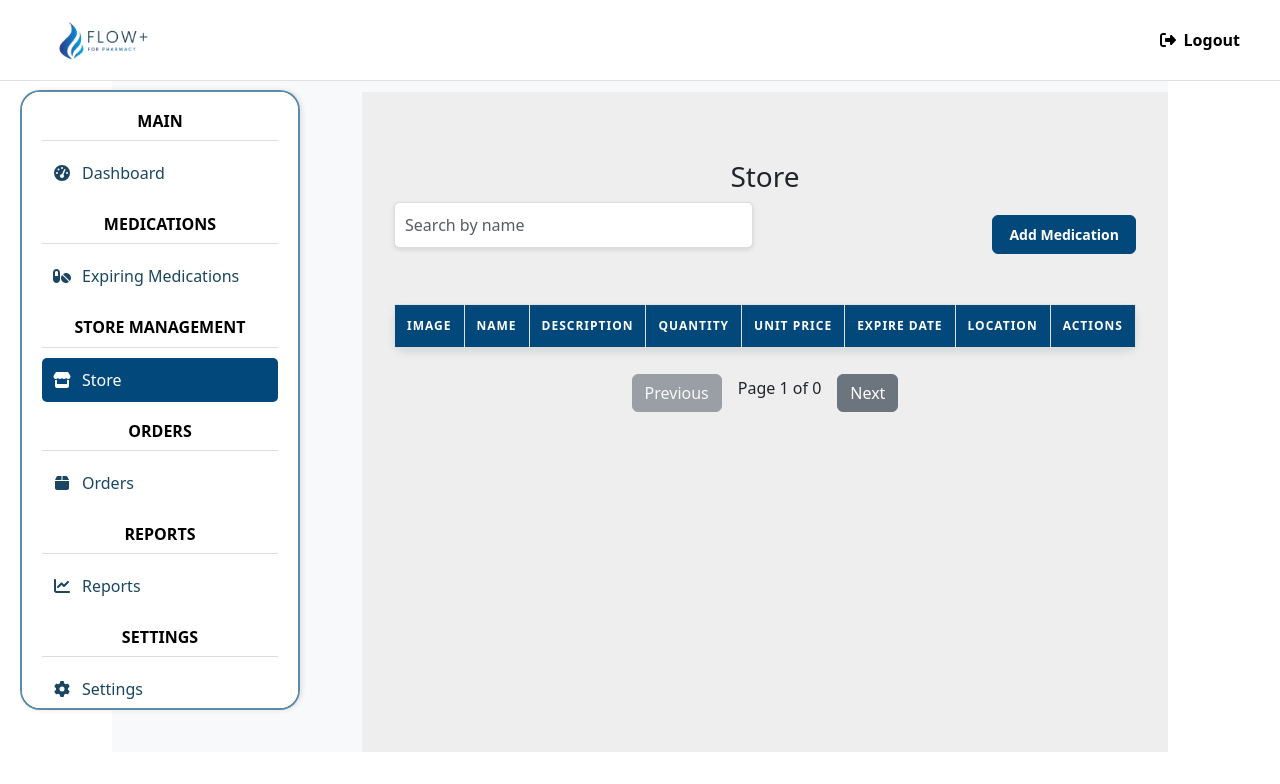
Repository: bindukabusara/Frontend
Page: /medications
These files come from the project's save history. The page is drawn as it stood at one moment and after the next save; the edit follows.
The browser window is 1280 px wide. The pictures show the whole page.
The page's requests for data from a server got no answer. The project was rebuilt for these pictures with package versions that can differ from the ones it lists, and the page was loaded fresh each time. No one was signed in, and anything a server would have sent is missing. Also part of the build but not shown: vite.config.js, src/components/Home.jsx, src/components/authentification/Signup.css, src/components/authentification/Signup.jsx, src/components/authentification/Login.jsx, src/components/Content/Dashboard.jsx, src/components/Content/ExpiringMedications.jsx, src/components/Content/ReportP.jsx and 15 more.

Above is the page before, as saved 2025-03-31 18:18:47.

### index.html
<!doctype html>
<html lang="en">

<head>
  <meta charset="UTF-8" />
  <link rel="icon" type="image/png" href="/Logo.png" />
  <meta name="viewport" content="width=device-width, initial-scale=1.0" />
  <title> FLOW +</title>

</head>

<body>
  <div id="root"></div>
  <script type="module" src="/src/main.jsx"></script>
</body>

</html>

### src/App.css
#root {
  max-width: 1280px;
  margin: 0 auto;
  padding: 2rem;
  text-align: center;
}

.logo {
  height: 6em;
  padding: 1.5em;
  will-change: filter;
  transition: filter 300ms;
}
.logo:hover {
  filter: drop-shadow(0 0 2em #646cffaa);
}
.logo.react:hover {
  filter: drop-shadow(0 0 2em #61dafbaa);
}

@keyframes logo-spin {
  from {
    transform: rotate(0deg);
  }
  to {
    transform: rotate(360deg);
  }
}

@media (prefers-reduced-motion: no-preference) {
  a:nth-of-type(2) .logo {
    animation: logo-spin infinite 20s linear;
  }
}

.card {
  padding: 2em;
}

.read-the-docs {
  color: #ffffff;
}

### src/components/Pharmacy/Sidebar/Sidebar.jsx
import { useState } from 'react';
import '../Sidebar/sidebar.css';
import { NavLink } from 'react-router-dom';
import { FontAwesomeIcon } from '@fortawesome/react-fontawesome';
import {
  faTachometerAlt,
  faPills,
  faStore,
  faBox,
  faChartLine,
  faCog,
  faLifeRing,
  faBars,
} from '@fortawesome/free-solid-svg-icons';

function Sidebar() {
  const [isSidebarVisible, setIsSidebarVisible] = useState(false); // State to manage sidebar visibility

  const toggleSidebar = () => {
    setIsSidebarVisible(!isSidebarVisible); // Toggle sidebar visibility
  };

  return (
    <>
      {/* Toggle Button for Small Screens */}
      <button className="sidebar-toggle" onClick={toggleSidebar}>
        <FontAwesomeIcon icon={faBars} />
      </button>

      {/* Sidebar */}
      <div className={`sidebar ${isSidebarVisible ? 'visible' : ''}`}>
        <h2>Main</h2>
        <ul>
          <li>
            <NavLink
              to="/dashboard"
              className={({ isActive }) => (isActive ? 'active' : '')}
            >
              <FontAwesomeIcon icon={faTachometerAlt} /> Dashboard
            </NavLink>
          </li>
        </ul>

        <h2>Medications</h2>
        <ul>
          <li>
            <NavLink
              to="/expiring-medications"
              className={({ isActive }) => (isActive ? 'active' : '')}
            >
              <FontAwesomeIcon icon={faPills} /> Expiring Medications
            </NavLink>
          </li>
        </ul>

        <h2>Store Management</h2>
        <ul>
          <li>
            <NavLink
              to="/medications"
              className={({ isActive }) => (isActive ? 'active' : '')}
            >
              <FontAwesomeIcon icon={faStore} /> Store
            </NavLink>
          </li>
        </ul>

        <h2>Orders</h2>
        <ul>
          <li>
            <NavLink
              to="/order"
              className={({ isActive }) => (isActive ? 'active' : '')}
            >
              <FontAwesomeIcon icon={faBox} /> Orders
            </NavLink>
          </li>
        </ul>

        <h2>Reports</h2>
        <ul>
          <li>
            <NavLink
              to="/reportP"
              className={({ isActive }) => (isActive ? 'active' : '')}
            >
              <FontAwesomeIcon icon={faChartLine} /> Reports
            </NavLink>
          </li>
        </ul>

        <h2>Settings</h2>
        <ul>
          <li>
            <NavLink
              to="/setting"
              className={({ isActive }) => (isActive ? 'active' : '')}
            >
              <FontAwesomeIcon icon={faCog} /> Settings
            </NavLink>
          </li>
        </ul>

        <h2>Support</h2>
        <ul>
          <li>
            <NavLink
              to="/support"
              className={({ isActive }) => (isActive ? 'active' : '')}
            >
              <FontAwesomeIcon icon={faLifeRing} /> Support
            </NavLink>
          </li>
        </ul>
      </div>
    </>
  );
}

export default Sidebar;

### src/components/Pharmacy/Sidebar/Navbar.jsx
import React, { useState } from 'react';
import { useNavigate } from 'react-router-dom'; // Use useNavigate for redirection
import { FontAwesomeIcon } from '@fortawesome/react-fontawesome';
import { faSignOutAlt } from '@fortawesome/free-solid-svg-icons'; // Logout icon
import './Navbar.css'; // Import the CSS file
import logo from './Logo.png'; // Import the logo image

function Navbar() {
  const [showLogoutPopup, setShowLogoutPopup] = useState(false);
  const navigate = useNavigate(); // Initialize useNavigate for redirection

  const handleLogoutClick = () => {
    setShowLogoutPopup(true);
  };

  const handleConfirmLogout = () => {
    // Perform logout logic here
    console.log('User logged out');

    // Clear user session or authentication state
    localStorage.removeItem('authToken'); // Example: Remove token from localStorage
    // You can also clear other user-related data if needed

    // Redirect to the login page or home page
    navigate('/login'); // Replace '/login' with the desired route

    // Close the popup
    setShowLogoutPopup(false);
  };

  const handleCancelLogout = () => {
    setShowLogoutPopup(false);
  };

  return (
    <>
      {/* Navbar */}
      <nav className="navbar">
        <div className="navbar-content">
          {/* Logo on the left */}
          <div className="navbar-logo">
            <img src={logo} alt="Logo" /> {/* Use the imported logo */}
          </div>

          {/* Logout option with icon and text */}
          <div className="navbar-actions">
            <div className="logout-option" onClick={handleLogoutClick}>
              <FontAwesomeIcon icon={faSignOutAlt} /> <strong>Logout</strong>
            </div>
          </div>
        </div>
      </nav>

      {/* Logout Confirmation Popup */}
      {showLogoutPopup && (
        <div className="logout-popup-overlay">
          <div className="logout-popup">
            <h3>Are you sure you want to log out?</h3>
            <div className="popup-buttons">
              <button className="confirm-button" onClick={handleConfirmLogout}>
                Yes, Logout
              </button>
              <button className="cancel-button" onClick={handleCancelLogout}>
                Cancel
              </button>
            </div>
          </div>
        </div>
      )}
    </>
  );
}

export default Navbar;

### src/components/Pharmacy/Sidebar/Navbar.css
/* Navbar Styles */
.navbar {
  background-color: #fff; /* Updated navbar color */
  color: #fff; /* White text */
  padding: 5px 10px;
  box-shadow: 0 2px 5px rgba(255, 255, 255, 0.1);
  position: fixed;
  top: 0;
  left: 0;
  width: 100%;
  z-index: 100;
  display: flex;
  align-items: center;
}

.navbar-content {
  display: flex;
  align-items: center;
  width: 100%;
  max-width: 1200px;
  margin: 0 auto;
}



.navbar-logo img {
  height: 70px; /* Adjust logo size */
}

/* Logout option styling */
.navbar-actions {
  margin-left: auto; /* Push logout to the extreme right */
  display: flex;
  align-items: center;
}

.navbar-actions .logout-option {
  color: #000000;
  cursor: pointer;
  font-size: 16px;
  display: flex;
  align-items: center;
  gap: 8px; /* Space between icon and text */
  transition: opacity 0.3s ease;
}

.navbar-actions .logout-option:hover {
  opacity: 0.8; /* Slight fade on hover */
}

/* Logout icon styling */
.navbar-actions .logout-option svg {
  width: 16px;
  height: 16px;
}

/* Logout Popup Overlay */
.logout-popup-overlay {
  position: fixed;
  top: 0;
  left: 0;
  width: 100%;
  height: 100%;
  background-color: rgba(0, 0, 0, 0.5); /* Semi-transparent black overlay */
  display: flex;
  justify-content: center;
  align-items: center;
  z-index: 1001;
}

/* Logout Popup */
.logout-popup {
  background-color: #fff;
  padding: 20px;
  border-radius: 10px;
  box-shadow: 0 2px 10px rgba(0, 0, 0, 0.1);
  text-align: center;
  max-width: 300px;
  width: 100%;
}

.logout-popup h3 {
  margin-bottom: 20px;
  color: #333;
}

.popup-buttons {
  display: flex;
  justify-content: center;
  gap: 10px;
}

.popup-buttons button {
  padding: 8px 16px;
  border: none;
  border-radius: 5px;
  cursor: pointer;
  font-size: 14px;
  transition: background-color 0.3s ease;
}

.popup-buttons .confirm-button {
  background-color: #ff4d4d; /* Red button */
  color: #fff;
}

.popup-buttons .confirm-button:hover {
  background-color: #e60000; /* Darker red on hover */
}

.popup-buttons .cancel-button {
  background-color: #1D328D; /* Updated navbar color */
  color: #fff;
}

.popup-buttons .cancel-button:hover {
  background-color: #16236b; /* Darker blue on hover */
}

### src/components/Content/order.css
.all-carts-page-container {
    padding: 20px;
  }

  .main-content {
    margin-left: 250px; /* Adjust based on your sidebar width */
  }

  .medication-image {
    width: 50px;
    height: 50px;
    object-fit: cover;
    margin-right: 10px;
  }

  .table td {
    vertical-align: middle; /* Align content vertically in the middle */
  }

  .modal-body {
    padding: 20px;
  }

  .modal-footer {
    justify-content: space-between;
  }

  /* Style the time input */
  input[type="time"] {
    padding: 8px;
    border: 1px solid #ccc;
    border-radius: 4px;
    width: 100%;
  }

  /* Style the "Add Another Time" button */
  .btn-secondary {
    margin-top: 10px;
  }

  .custom-table {
    width: 100%;
    border-collapse: collapse;
    margin-top: 20px;
    box-shadow: 0 4px 8px rgba(0, 0, 0, 0.1);
    background-color: #fff;
  }

  .custom-table th,
  .custom-table td {
    padding: 12px;
    text-align: left;
    border-bottom: 1px solid #ddd;
  }

  .custom-table th {
    background-color: #02487a;
    color: #fff;
    font-weight: bold;
    text-transform: uppercase;
    font-size: 12px;
  }

  .custom-table tbody tr:hover {
    background-color: #f1f1f1;
  }

  .custom-table tbody tr:nth-child(even) {
    background-color: #f9f9f9;
  }

  /* Medication Image Styling */
  .medication-image {
    width: 30px;
    height: 30px;
    border-radius: 5px;
    object-fit: cover;
  }

  /* Button Styling */
  .btn-primary {
    background-color:#02487a;
    border-color: #02487a;
    font-size: 14px;
    padding: 8px 16px;
  }

  .btn-primary:hover {
    background-color: #02487a;;
    border-color:#02487a;;
  }

### src/components/Content/Support.css
/* Support Page Styles */
.dashboard-container {
    display: flex;
    min-height: 100vh;
  }

  .main-content {
    flex: 1;
    padding: 20px;
    margin-left: 250px; /* Adjust based on your sidebar width */
  }

  .support-header {
    background-color: #E3FDFD;
    padding: 40px 0;
    text-align: center;
    margin-bottom: 30px;
    border-radius: 10px;
  }

  .support-header h1 {
    font-size: 2.2rem;
    font-weight: bold;
    color: #333;
  }

  .support-icon {
    color: #02487a;
    margin-right: 10px;
  }

  .section-title {
    font-size: 1.8rem;
    font-weight: bold;
    color: #333;
    margin-bottom: 25px;
    text-align: center;
  }

  .quick-links {
    padding: 30px 0;
  }

  .quick-link-card {
    height: 100%;
    transition: transform 0.3s ease;
    border: none;
    border-radius: 10px;
    box-shadow: 0 4px 8px rgba(0, 0, 0, 0.1);
    margin-bottom: 20px;
  }

  .quick-link-card:hover {
    transform: translateY(-5px);
  }

  .quick-link-icon {
    font-size: 2rem;
    color: #02487a;
    margin-bottom: 15px;
  }

  .help-resources, .video-tutorials {
    padding: 30px 0;
    background-color: #ffffff;
    border-radius: 10px;
    margin-bottom: 20px;
  }

  .video-tutorials {
    background-color: #f8f9fa;
  }

  .card {
    border: none;
    border-radius: 10px;
    box-shadow: 0 4px 8px rgba(0, 0, 0, 0.1);
    transition: transform 0.3s ease;
    margin-bottom: 20px;
  }

  .card:hover {
    transform: translateY(-5px);
  }

  .ListGroup-item {
    padding: 12px;
    border-left: none;
    border-right: none;
  }

  /* Responsive adjustments */
  @media (max-width: 992px) {
    .main-content {
      margin-left: 0;
      padding-top: 70px; /* Account for navbar height */
    }

    .support-header h1 {
      font-size: 1.8rem;
    }

    .section-title {
      font-size: 1.5rem;
    }

    .quick-link-icon {
      font-size: 1.5rem;
    }
  }

### src/componentp/contents/Reminder.css
.reminder-page-container {
  display: flex;
  min-height: 100vh;
}

.main-content {
  flex: 1;
  padding: 20px;
  margin-left: 250px; /* Adjust based on sidebar width */
}

.active-reminders-alert {
  position: fixed;
  top: 20px;
  right: 20px;
  width: 350px;
  z-index: 1000;
  animation: pulse 2s infinite;
}

@keyframes pulse {
  0% { box-shadow: 0 0 0 0 rgba(255, 193, 7, 0.7); }
  70% { box-shadow: 0 0 0 10px rgba(255, 193, 7, 0); }
  100% { box-shadow: 0 0 0 0 rgba(255, 193, 7, 0); }
}

.medication-thumbnail {
  width: 50px;
  height: 50px;
  object-fit: cover;
  border-radius: 4px;
  margin-right: 10px;
}

.reminders-grid {
  display: grid;
  grid-template-columns: repeat(auto-fill, minmax(300px, 1fr));
  gap: 20px;
}

.times-list {
  padding-left: 20px;
  margin-bottom: 0;
}

@media (max-width: 768px) {
  .main-content {
    margin-left: 0;
  }

  .reminders-grid {
    grid-template-columns: 1fr;
  }

  .active-reminders-alert {
    width: calc(100% - 40px);
    left: 20px;
    right: auto;
  }
}

.reminder-page-container {
  display: flex;
  min-height: 100vh;
  background-color: #f8f9fa;
}

.main-content {
  flex: 1;
  padding: 20px;
  margin-left: 250px;
  margin-top: 60px;
}

.medication-thumbnail {
  width: 50px;
  height: 50px;
  object-fit: cover;
  border-radius: 4px;
}

.medication-image-large {
  width: 200px;
  height: 200px;
  object-fit: cover;
  border-radius: 8px;
}

.alerts-section {
  background-color: #fff8f8;
  padding: 15px;
  border-radius: 8px;
  border-left: 4px solid #dc3545;
  margin-bottom: 20px;
}

/* Add any additional styles you need */

.reminder-page-container {
  padding: 20px;
}

.main-content {
  margin-left: 250px;
  padding: 20px;
}

.alerts-section {
  background-color: #fff8f8;
  padding: 15px;
  border-radius: 8px;
  border-left: 4px solid #dc3545;
}

.medication-thumbnail {
  width: 50px;
  height: 50px;
  object-fit: cover;
  border-radius: 4px;
}

.medication-image-large {
  width: 150px;
  height: 150px;
  object-fit: contain;
  border-radius: 8px;
  border: 1px solid #dee2e6;
}

.reminder-details .ps-4 {
  padding-left: 1.5rem;
}

/* Responsive adjustments */
@media (max-width: 768px) {
  .main-content {
    margin-left: 0;
  }

  .medication-image-large {
    width: 100px;
    height: 100px;
  }

  .reminder-details {
    flex-direction: column;
  }
}

### src/components/saler/Content/Support.css
/* Support Page Styles */
.dashboard-container {
    display: flex;
    min-height: 100vh;
  }

  .main-content {
    flex: 1;
    padding: 20px;
    margin-left: 250px; /* Adjust based on your sidebar width */
  }

  .support-header {
    background-color: #E3FDFD;
    padding: 40px 0;
    text-align: center;
    margin-bottom: 30px;
    border-radius: 10px;
  }

  .support-header h1 {
    font-size: 2.2rem;
    font-weight: bold;
    color: #333;
  }

  .support-icon {
    color: #02487a;
    margin-right: 10px;
  }

  .section-title {
    font-size: 1.8rem;
    font-weight: bold;
    color: #333;
    margin-bottom: 25px;
    text-align: center;
  }

  .quick-links {
    padding: 30px 0;
  }

  .quick-link-card {
    height: 100%;
    transition: transform 0.3s ease;
    border: none;
    border-radius: 10px;
    box-shadow: 0 4px 8px rgba(0, 0, 0, 0.1);
    margin-bottom: 20px;
  }

  .quick-link-card:hover {
    transform: translateY(-5px);
  }

  .quick-link-icon {
    font-size: 2rem;
    color: #02487a;
    margin-bottom: 15px;
  }

  .help-resources, .video-tutorials {
    padding: 30px 0;
    background-color: #ffffff;
    border-radius: 10px;
    margin-bottom: 20px;
  }

  .video-tutorials {
    background-color: #f8f9fa;
  }

  .card {
    border: none;
    border-radius: 10px;
    box-shadow: 0 4px 8px rgba(0, 0, 0, 0.1);
    transition: transform 0.3s ease;
    margin-bottom: 20px;
  }

  .card:hover {
    transform: translateY(-5px);
  }

  .ListGroup-item {
    padding: 12px;
    border-left: none;
    border-right: none;
  }

  /* Responsive adjustments */
  @media (max-width: 992px) {
    .main-content {
      margin-left: 0;
      padding-top: 70px; /* Account for navbar height */
    }

    .support-header h1 {
      font-size: 1.8rem;
    }

    .section-title {
      font-size: 1.5rem;
    }

    .quick-link-icon {
      font-size: 1.5rem;
    }
  }

### src/componentp/bar/Navbar.css
/* Navbar Styles */
.navbar {
  background-color: #fff; /* Updated navbar color */
  color: #fff; /* White text */
  padding: 5px 10px;
  box-shadow: 0 2px 5px rgba(255, 255, 255, 0.1);
  position: fixed;
  top: 0;
  left: 0;
  width: 100%;
  z-index: 100;
  display: flex;
  align-items: center;
}

.navbar-content {
  display: flex;
  align-items: center;
  width: 100%;
  max-width: 1200px;
  margin: 0 auto;
}



.navbar-logo img {
  height: 70px; /* Adjust logo size */
}

/* Logout option styling */
.navbar-actions {
  margin-left: auto; /* Push logout to the extreme right */
  display: flex;
  align-items: center;
}

.navbar-actions .logout-option {
  color: #000000;
  cursor: pointer;
  font-size: 16px;
  display: flex;
  align-items: center;
  gap: 8px; /* Space between icon and text */
  transition: opacity 0.3s ease;
}

.navbar-actions .logout-option:hover {
  opacity: 0.8; /* Slight fade on hover */
}

/* Logout icon styling */
.navbar-actions .logout-option svg {
  width: 16px;
  height: 16px;
}

/* Logout Popup Overlay */
.logout-popup-overlay {
  position: fixed;
  top: 0;
  left: 0;
  width: 100%;
  height: 100%;
  background-color: rgba(0, 0, 0, 0.5); /* Semi-transparent black overlay */
  display: flex;
  justify-content: center;
  align-items: center;
  z-index: 1001;
}

/* Logout Popup */
.logout-popup {
  background-color: #fff;
  padding: 20px;
  border-radius: 10px;
  box-shadow: 0 2px 10px rgba(0, 0, 0, 0.1);
  text-align: center;
  max-width: 300px;
  width: 100%;
}

.logout-popup h3 {
  margin-bottom: 20px;
  color: #333;
}

.popup-buttons {
  display: flex;
  justify-content: center;
  gap: 10px;
}

.popup-buttons button {
  padding: 8px 16px;
  border: none;
  border-radius: 5px;
  cursor: pointer;
  font-size: 14px;
  transition: background-color 0.3s ease;
}

.popup-buttons .confirm-button {
  background-color: #ff4d4d; /* Red button */
  color: #fff;
}

.popup-buttons .confirm-button:hover {
  background-color: #e60000; /* Darker red on hover */
}

.popup-buttons .cancel-button {
  background-color: #1D328D; /* Updated navbar color */
  color: #fff;
}

.popup-buttons .cancel-button:hover {
  background-color: #16236b; /* Darker blue on hover */
}

### src/components/saler/Bar/Navbar.css
/* Navbar Styles */
.navbar {
  background-color: #fff; /* Updated navbar color */
  color: #fff; /* White text */
  padding: 5px 10px;
  box-shadow: 0 2px 5px rgba(255, 255, 255, 0.1);
  position: fixed;
  top: 0;
  left: 0;
  width: 100%;
  z-index: 100;
  display: flex;
  align-items: center;
}

.navbar-content {
  display: flex;
  align-items: center;
  width: 100%;
  max-width: 1200px;
  margin: 0 auto;
}



.navbar-logo img {
  height: 70px; /* Adjust logo size */
}

/* Logout option styling */
.navbar-actions {
  margin-left: auto; /* Push logout to the extreme right */
  display: flex;
  align-items: center;
}

.navbar-actions .logout-option {
  color: #000000;
  cursor: pointer;
  font-size: 16px;
  display: flex;
  align-items: center;
  gap: 8px; /* Space between icon and text */
  transition: opacity 0.3s ease;
}

.navbar-actions .logout-option:hover {
  opacity: 0.8; /* Slight fade on hover */
}

/* Logout icon styling */
.navbar-actions .logout-option svg {
  width: 16px;
  height: 16px;
}

/* Logout Popup Overlay */
.logout-popup-overlay {
  position: fixed;
  top: 0;
  left: 0;
  width: 100%;
  height: 100%;
  background-color: rgba(0, 0, 0, 0.5); /* Semi-transparent black overlay */
  display: flex;
  justify-content: center;
  align-items: center;
  z-index: 1001;
}

/* Logout Popup */
.logout-popup {
  background-color: #fff;
  padding: 20px;
  border-radius: 10px;
  box-shadow: 0 2px 10px rgba(0, 0, 0, 0.1);
  text-align: center;
  max-width: 300px;
  width: 100%;
}

.logout-popup h3 {
  margin-bottom: 20px;
  color: #333;
}

.popup-buttons {
  display: flex;
  justify-content: center;
  gap: 10px;
}

.popup-buttons button {
  padding: 8px 16px;
  border: none;
  border-radius: 5px;
  cursor: pointer;
  font-size: 14px;
  transition: background-color 0.3s ease;
}

.popup-buttons .confirm-button {
  background-color: #ff4d4d; /* Red button */
  color: #fff;
}

.popup-buttons .confirm-button:hover {
  background-color: #e60000; /* Darker red on hover */
}

.popup-buttons .cancel-button {
  background-color: #1D328D; /* Updated navbar color */
  color: #fff;
}

.popup-buttons .cancel-button:hover {
  background-color: #16236b; /* Darker blue on hover */
}

Loaded but not shown: src/main.jsx (common file); src/index.css (common file); src/components/Content/MedicationStore.jsx (352 lines, source omitted); src/components/Content/MedicationStore.css (337 lines, source omitted); src/components/Home.css (293 lines, source omitted); src/components/Content/Dashboard.css (222 lines, source omitted); src/components/saler/Content/Dashboard.css (222 lines, source omitted); src/componentp/contents/Orders.css (254 lines, source omitted); src/componentp/contents/Card.css (218 lines, source omitted); src/components/saler/Bar/sidebar.css (134 lines, source omitted); src/components/saler/Content/Report.css (163 lines, source omitted); src/components/Content/Report.css (163 lines, source omitted); src/components/Pharmacy/Sidebar/sidebar.css (153 lines, source omitted); src/componentp/bar/sidebar.css (170 lines, source omitted); src/App.jsx (64 lines, source omitted); src/components/Content/ExpiringMedications.css (128 lines, source omitted); src/components/saler/Content/ExpiringMedications.css (128 lines, source omitted); src/components/saler/Content/OrdersS.css (no stored copy; drawn as an empty file); src/components/saler/Content/store.css (no stored copy; drawn as an empty file)

After the next save:
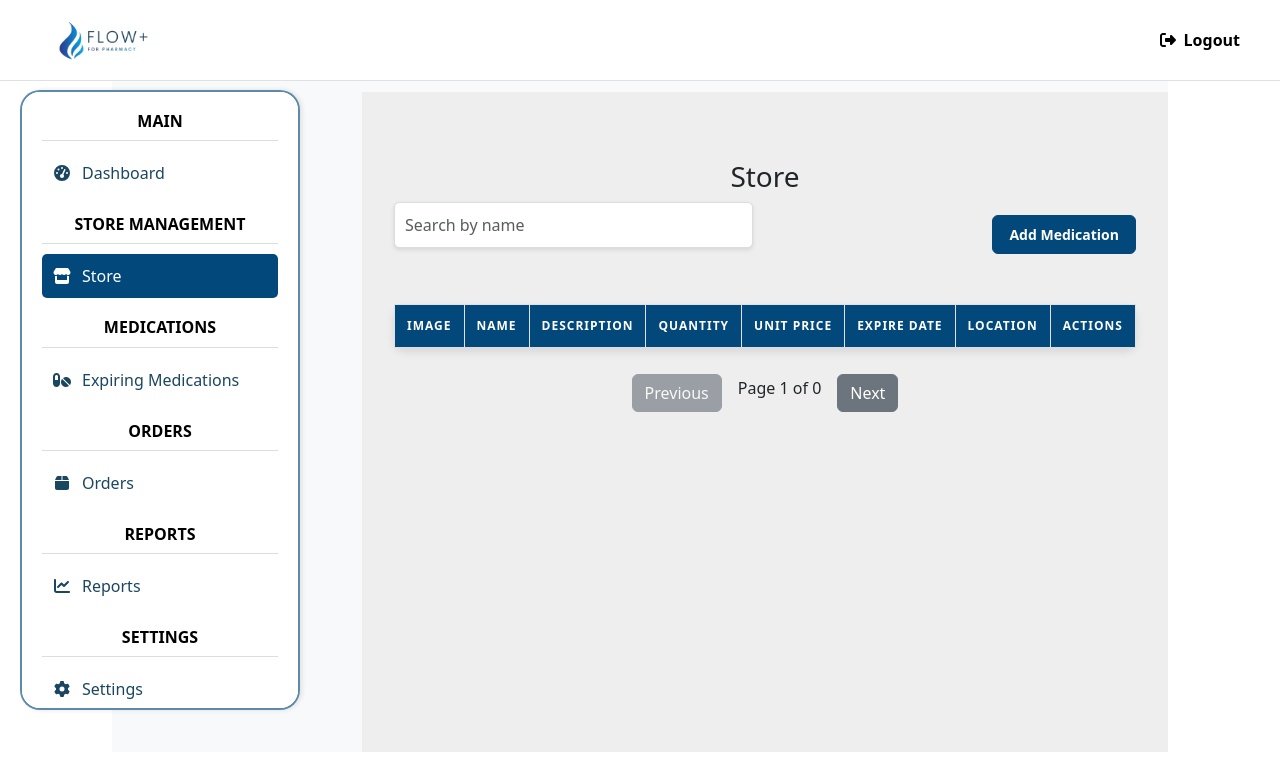
Saved 90 s later.
--- a/src/components/Pharmacy/Sidebar/Sidebar.jsx
+++ b/src/components/Pharmacy/Sidebar/Sidebar.jsx
@@ -40,7 +40,17 @@ function Sidebar() {
             </NavLink>
           </li>
         </ul>
-
+        <h2>Store Management</h2>
+        <ul>
+          <li>
+            <NavLink
+              to="/medications"
+              className={({ isActive }) => (isActive ? 'active' : '')}
+            >
+              <FontAwesomeIcon icon={faStore} /> Store
+            </NavLink>
+          </li>
+        </ul>
         <h2>Medications</h2>
         <ul>
           <li>
@@ -53,17 +63,7 @@ function Sidebar() {
           </li>
         </ul>
 
-        <h2>Store Management</h2>
-        <ul>
-          <li>
-            <NavLink
-              to="/medications"
-              className={({ isActive }) => (isActive ? 'active' : '')}
-            >
-              <FontAwesomeIcon icon={faStore} /> Store
-            </NavLink>
-          </li>
-        </ul>
+
 
         <h2>Orders</h2>
         <ul>
